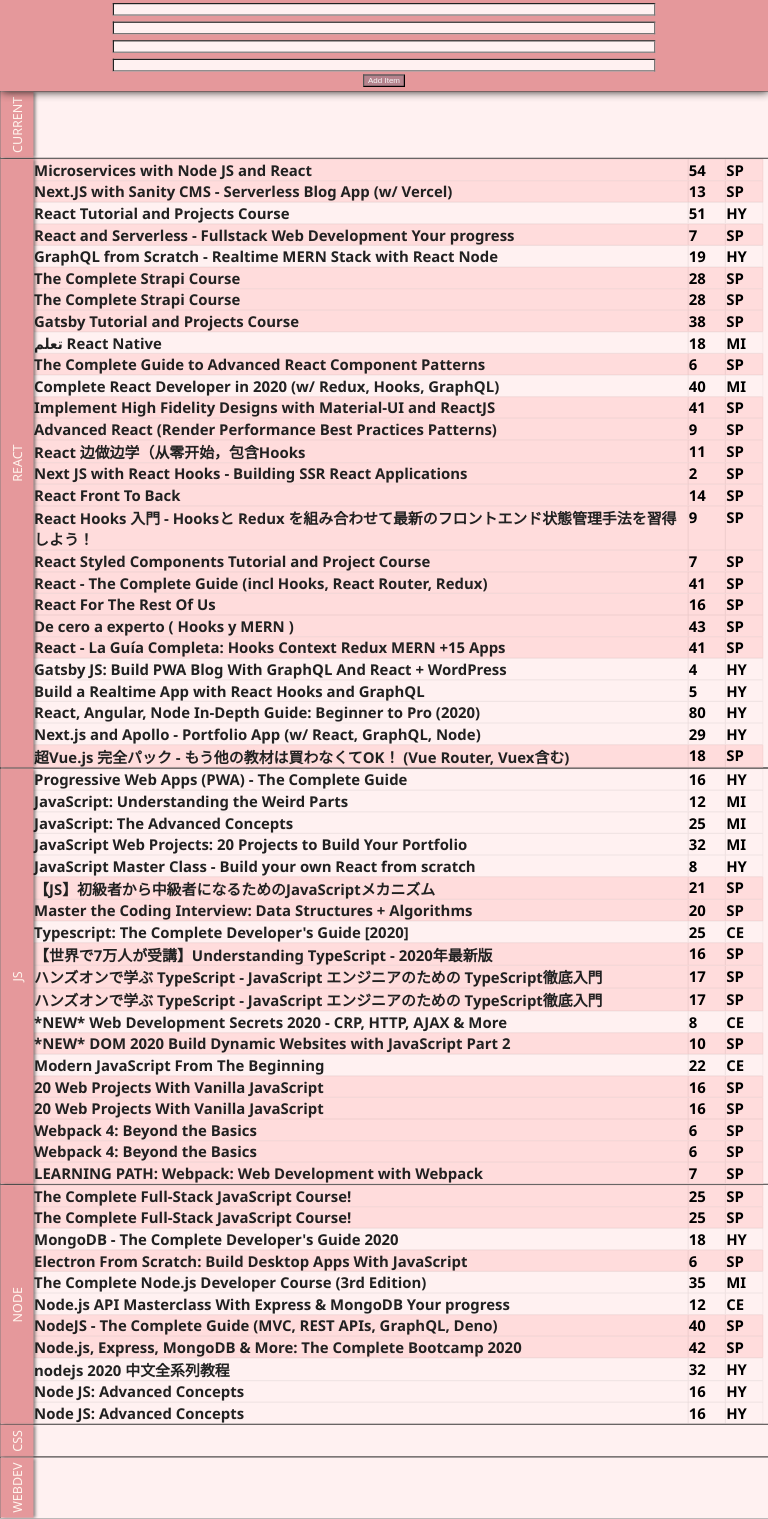
Repository: ClementLight/plan
Page: codicrs.html
These files come from the project's save history. The page is drawn as it stood at one moment and after the next save; the edit follows.
The browser window is 1280 px wide. The pictures show the whole page, at 60% of full size.

Above is the page before, as saved 2020-09-01 14:42:11.

### codicrs.html
<!DOCTYPE html>
<html lang="en">
  <head>
    <meta charset="UTF-8" />
    <meta name="viewport" content="width=device-width, initial-scale=1.0" />
    <title>Plan List</title>
    <link rel="stylesheet" href="style.css" />
  </head>
  <body>
    <section id="add-item" class="add-item">
      <input type="text" class="add-item__input--url" />
      <input type="text" class="add-item__input--name" />
      <input type="text" class="add-item__input--hours" />
      <input type="text" class="add-item__input--account" />
      <button class="add-item__button">Add Item</button>
    </section>
    <section class="top-container">
      <section class="maincontainers">
        <div class="lessontype">CURRENT</div>
        <div id="lessonsCurrent" class="lessons"></div>
      </section>
      <section class="maincontainers">
        <div id="react-section" class="lessontype">REACT</div>
        <div id="lessonsReact" class="lessons"></div>
      </section>
      <section class="maincontainers">
        <div class="lessontype">JS</div>
        <div id="lessonsJavascript" class="lessons"></div>
      </section>
      <section class="maincontainers">
        <div class="lessontype">NODE</div>
        <div id="lessonsNode" class="lessons"></div>
      </section>
      <section class="maincontainers">
        <div class="lessontype">CSS</div>
        <div id="lessonsCss" class="lessons"></div>
      </section>
      <section class="maincontainers">
        <div class="lessontype">WEBDEV</div>
        <div id="lessonsWebdev" class="lessons"></div>
      </section>
    </section>

    <!-- //TODO scripts -->
    <script src="jsondata.js"></script>
    <script>
      //   document.body.innerHTML += `
      //  <section class="top-container">
      //   <section idclass="maincontainers">
      //     <div class="lessontype">${item.subject}</div>
      //     <div id="lessons" class="lessons">

      //     </div>
      //   </section>
      // </section>

      database.map((item) => {
        document.getElementById(`lessons${item.subject}`).innerHTML += `
            <div class="lesson lesson-background-filter">
              <a class="lessonname" href=${item.url}>${item.title}</a>
              <span class="hours">${item.hours}</span>
              <span class="account">${item.account}</span>
            </div>
        `
      })

      // const hoursList = [...document.querySelectorAll(".hours")]
      let allClasses = Array.from(document.querySelectorAll(".hours"))
      allClassesValues = allClasses.map((node) => parseInt(node.textContent))
      let total = allClassesValues.reduce((a, b) => a + b, 0)

      const addItem = () => {
        itemUrl = document.querySelector(".add-item__input--url").value
        itemName = document.querySelector(".add-item__input--name").value
        itemHours = document.querySelector(".add-item__input--hours").value
        itemAccount = document.querySelector(".add-item__input--account").value

        newItemHtml = `
        <div class="lesson lesson-background-filter">
        <a class="lessonname" href="${itemUrl}">${itemName} </a>
        <span class="hours">${itemHours}</span>
        <span class="account">${itemAccount}</span>
        </div>
        `
        document.getElementById("react-section__lessons").insertAdjacentHTML("afterbegin", newItemHtml)

        console.log(newItemHtml)
      }

      document.querySelector(".add-item__button").addEventListener("click", addItem)
      console.log(navigator.userAgent)

      //TODO check browser

      let browserAndVersion = (navigator.sayswho = (function () {
        var ua = navigator.userAgent,
          tem,
          M = ua.match(/(opera|chrome|safari|firefox|msie|trident(?=\/))\/?\s*(\d+)/i) || []
        if (/trident/i.test(M[1])) {
          tem = /\brv[ :]+(\d+)/g.exec(ua) || []
          return "IE " + (tem[1] || "")
        }
        if (M[1] === "Chrome") {
          tem = ua.match(/\b(OPR|Edge?)\/(\d+)/)
          if (tem != null) return tem.slice(1).join(" ").replace("OPR", "Opera").replace("Edg ", "Edge ")
        }
        M = M[2] ? [M[1], M[2]] : [navigator.appName, navigator.appVersion, "-?"]
        if ((tem = ua.match(/version\/(\d+)/i)) != null) M.splice(1, 1, tem[1])
        return M.join(" ")
      })())

      //TODO xpath way of selecting stuff. I like it.
      function getElementsByXPath(xpath, parent) {
        let results = []
        let query = document.evaluate(xpath, parent || document, null, XPathResult.ORDERED_NODE_SNAPSHOT_TYPE, null)
        for (let i = 0, length = query.snapshotLength; i < length; ++i) {
          results.push(query.snapshotItem(i))
        }
        return results
      }

      if (browserAndVersion.includes("Chrome")) {
        let itemsXPathed = getElementsByXPath("//span[text()='SP']")
        itemsXPathed.forEach((node) => {
          node.parentElement.classList.remove("lesson-background-filter")
          node.parentElement.classList.add("browserColor")
        })
      } else if (browserAndVersion.includes("Firefox")) {
        let itemsXPathed = getElementsByXPath("//span[text()='HY']")
        itemsXPathed.forEach((node) => {
          node.parentElement.classList.remove("lesson-background-filter")
          node.parentElement.classList.add("browserColor")
        })
      } else if (browserAndVersion.includes("Edge")) {
        //here for a chage I got the parent element directly with xpath
        let itemsXPathed = getElementsByXPath("//div[./span[text()='MI']]")
        itemsXPathed.forEach((node) => {
          node.classList.remove("lesson-background-filter")
          node.classList.add("browserColor")
        })
      } else if (browserAndVersion.includes("Opera")) {
        //here for a chage I got the parent element directly with xpath
        let itemsXPathed = getElementsByXPath("//div[./span[text()='CE']]")
        itemsXPathed.forEach((node) => {
          node.classList.remove("lesson-background-filter")
          node.classList.add("browserColor")
        })
      }
    </script>
  </body>
</html>

### jsondata.js
let database = [
  //   {
  //     id: "1",
  //     subject: "node",
  //     tags: "Node, MongoDB",
  //     hours: 42,
  //     account: "SP",
  //     title: "Node.js, Express, MongoDB & More: The Complete Bootcamp 2020",
  //     url: "https://www.udemy.com/course/nodejs-express-mongodb-bootcamp/learn/lecture/15065290?start=135#overview",
  //   },
  //   {
  //     id: "2",
  //     subject: "react",
  //     tags: "React, Styled Components",
  //     hours: 7,
  //     account: "SP",
  //     title: "React Styled Components Tutorial and Project Course",
  //     url: "https://www.udemy.com/course/styled-components-tutorial-and-project-course/learn/lecture/15328098?start=15#overview",
  //   },
  //   {
  //     id: "3",
  //     subject: "react",
  //     tags: "Node",
  //     hours: 35,
  //     account: "MI",
  //     title: "The Complete Node.js Developer Course (3rd Edition)",
  //     url: "https://www.udemy.com/course/the-complete-nodejs-developer-course-2/learn/lecture/13729190?start=0#announcements",
  //   },
  //   {
  //     id: "4",
  //     subject: "react",
  //     tags: "React, Gatsby",
  //     hours: 38,
  //     account: "SP",
  //     title: "Gatsby Tutorial and Projects Course",
  //     url: "https://www.udemy.com/course/gatsby-tutorial-and-projects-course/learn/lecture/14891808#overview",
  //   },

  {
    id: "1",
    subject: "React",
    tags: "React, Microservices, Node",
    hours: 54,
    account: "SP",
    title: "Microservices with Node JS and React",
    url: "https://www.udemy.com/course/microservices-with-node-js-and-react/learn/lecture/19248060#overview",
  },
  {
    id: "2",
    subject: "React",
    tags: "React, Nextjs",
    hours: 13,
    account: "SP",
    title: "Next.JS with Sanity CMS - Serverless Blog App (w/ Vercel)",
    url: "https://www.udemy.com/course/nextjs-with-sanity-cms-serverless-blog-app-w-vercel/learn/lecture/20359909#overview",
  },
  {
    id: "3",
    subject: "React",
    tags: "React",
    hours: 51,
    account: "HY",
    title: "React Tutorial and Projects Course",
    url: "https://www.udemy.com/course/react-tutorial-and-projects-course/learn/lecture/12499178?start=0#overview",
  },
  {
    id: "4",
    subject: "React",
    tags: "React, Serverless",
    hours: 7,
    account: "SP",
    title: "React and Serverless - Fullstack Web Development Your progress",
    url: "https://www.udemy.com/course/react-and-serverless/learn/lecture/20008686?start=0#overview",
  },
  {
    id: "5",
    subject: "React",
    tags: "React, GraphQL, Node",
    hours: 19,
    account: "HY",
    title: "GraphQL from Scratch - Realtime MERN Stack with React Node",
    url: "https://www.udemy.com/course/graphql-react-node/learn/lecture/19711874?start=0#overview",
  },
  {
    id: "6",
    subject: "React",
    tags: "React, Strapi",
    hours: 28,
    account: "SP",
    title: "The Complete Strapi Course",
    url: "https://www.udemy.com/course/the-complete-strapi-course/learn/lecture/20153090#overvieww",
  },
  {
    id: "7",
    subject: "React",
    tags: "React, Strapi",
    hours: 28,
    account: "SP",
    title: "The Complete Strapi Course",
    url: "https://www.udemy.com/course/the-complete-strapi-course/learn/lecture/20153090#overvieww",
  },
  {
    id: "8",
    subject: "React",
    tags: "React, Gatsby, GraphQL",
    hours: 38,
    account: "SP",
    title: "Gatsby Tutorial and Projects Course",
    url: "https://www.udemy.com/course/gatsby-tutorial-and-projects-course/learn/lecture/14891808#overview",
  },
  {
    id: "9",
    subject: "React",
    tags: "React, React Native",
    hours: 18,
    account: "MI",
    title: "تعلم React Native",
    url: "https://www.udemy.com/course/react-native-m/learn/lecture/20058580?start=15#questions",
  },
  {
    id: "10",
    subject: "React",
    tags: "React, Optimization",
    hours: 6,
    account: "SP",
    title: "The Complete Guide to Advanced React Component Patterns",
    url: "https://www.udemy.com/course/the-complete-guide-to-advanced-react-patterns/learn/lecture/17200022#overview",
  },
  {
    id: "11",
    subject: "React",
    tags: "React",
    hours: 40,
    account: "MI",
    title: "Complete React Developer in 2020 (w/ Redux, Hooks, GraphQL)",
    url: "https://www.udemy.com/course/complete-react-developer-zero-to-mastery/learn/lecture/14870615?start=0#overview",
  },
  {
    id: "12",
    subject: "React",
    tags: "React, Material UI",
    hours: 41,
    account: "SP",
    title: "Implement High Fidelity Designs with Material-UI and ReactJS",
    url: "https://www.udemy.com/course/implement-high-fidelity-designs-with-material-ui-and-reactjs/learn/lecture/16234402?start=165#overview",
  },
  {
    id: "13",
    subject: "React",
    tags: "React, Optimization",
    hours: 9,
    account: "SP",
    title: "Advanced React (Render Performance Best Practices Patterns)",
    url: "https://www.udemy.com/course/advanced-react-render-performance-best-practices-patterns/learn/lecture/19653114#overview",
  },
  {
    id: "14",
    subject: "React",
    tags: "React",
    hours: 11,
    account: "SP",
    title: "React 边做边学（从零开始，包含Hooks",
    url: "https://www.udemy.com/course/react-lean-by-doing/learn/lecture/16800324?start=512#overview",
  },
  {
    id: "15",
    subject: "React",
    tags: "React, Nextjs",
    hours: 2,
    account: "SP",
    title: "Next JS with React Hooks - Building SSR React Applications",
    url: "https://www.udemy.com/course/next-js-react-hooks/learn/lecture/14095110?start=0#overview",
  },
  {
    id: "16",
    subject: "React",
    tags: "React, Node",
    hours: 14,
    account: "SP",
    title: "React Front To Back",
    url: "https://www.udemy.com/course/modern-react-front-to-back/learn/lecture/14969812?start=174#overview",
  },
  {
    id: "17",
    subject: "React",
    tags: "React",
    hours: 9,
    account: "SP",
    title: "React Hooks 入門 - Hooksと Redux を組み合わせて最新のフロントエンド状態管理手法を習得しよう！",
    url: "https://www.udemy.com/course/react-hooks-101/learn/lecture/15049578?start=0#overview",
  },
  {
    id: "18",
    subject: "React",
    tags: "React, Styled Components",
    hours: 7,
    account: "SP",
    title: "React Styled Components Tutorial and Project Course",
    url: "https://www.udemy.com/course/styled-components-tutorial-and-project-course/learn/lecture/15328098?start=15#overview",
  },
  {
    id: "19",
    subject: "React",
    tags: "React, Styled Components",
    hours: 41,
    account: "SP",
    title: "React - The Complete Guide (incl Hooks, React Router, Redux)",
    url: "https://www.udemy.com/course/react-the-complete-guide-incl-redux/learn/lecture/13556330#overview",
  },
  {
    id: "20",
    subject: "React",
    tags: "React",
    hours: 16,
    account: "SP",
    title: "React For The Rest Of Us",
    url: "https://www.udemy.com/course/react-for-the-rest-of-us/learn/lecture/18081709#overview",
  },
  {
    id: "21",
    subject: "React",
    tags: "React, Node, MERN",
    hours: 43,
    account: "SP",
    title: "De cero a experto ( Hooks y MERN )",
    url: "https://www.udemy.com/course/react-cero-experto/learn/lecture/19751074?start=0#announcements",
  },
  {
    id: "22",
    subject: "React",
    tags: "React, Node, MERN",
    hours: 41,
    account: "SP",
    title: "React - La Guía Completa: Hooks Context Redux MERN +15 Apps",
    url: "https://www.udemy.com/course/react-de-principiante-a-experto-creando-mas-de-10-aplicaciones/learn/lecture/17666784?start=0#announcements",
  },
  {
    id: "23",
    subject: "React",
    tags: "React, Gatsby, GraphQL, Wordpress, PWA",
    hours: 4,
    account: "HY",
    title: "Gatsby JS: Build PWA Blog With GraphQL And React + WordPress",
    url: "https://www.udemy.com/course/gatsby-js-build-pwa-blog-with-graphql-and-react-wordpress/learn/lecture/15158236?start=0#overview",
  },
  {
    id: "24",
    subject: "React",
    tags: "React, GraphQL, Wordpress",
    hours: 5,
    account: "HY",
    title: "Build a Realtime App with React Hooks and GraphQL",
    url: "https://www.udemy.com/course/build-a-realtime-app-with-react-hooks-and-graphql/learn/lecture/13747756#overview",
  },
  {
    id: "25",
    subject: "React",
    tags: "React, Angular, Node",
    hours: 80,
    account: "HY",
    title: "React, Angular, Node In-Depth Guide: Beginner to Pro (2020)",
    url: "https://www.udemy.com/course/react-angular-node-in-depth-guide-beginner-to-pro-2020/learn/lecture/18569676?start=0#overview",
  },
  {
    id: "26",
    subject: "React",
    tags: "React, Nextjs, Node, GraphQL, Apollo",
    hours: 29,
    account: "HY",
    title: "Next.js and Apollo - Portfolio App (w/ React, GraphQL, Node)",
    url: "https://www.udemy.com/course/nextjs-and-apollo-portfolio-app-w-react-graphql-node/learn/lecture/18742898?start=0#overview",
  },
  {
    id: "27",
    subject: "React",
    tags: "Vue",
    hours: 18,
    account: "SP",
    title: "超Vue.js 完全パック - もう他の教材は買わなくてOK！ (Vue Router, Vuex含む)",
    url: "https://www.udemy.com/course/vue-js-complete-guide/learn/lecture/15370946?#overview",
  },
  {
    id: "28",
    subject: "Javascript",
    tags: "Javascript, PWA",
    hours: 16,
    account: "HY",
    title: "Progressive Web Apps (PWA) - The Complete Guide",
    url: "https://www.udemy.com/course/progressive-web-app-pwa-the-complete-guide/learn/lecture/13914126#overview",
  },
  {
    id: "29",
    subject: "Javascript",
    tags: "Javascript",
    hours: 12,
    account: "MI",
    title: "JavaScript: Understanding the Weird Parts",
    url: "https://www.udemy.com/course/understand-javascript/learn/lecture/2237542?start=0#overview",
  },
  {
    id: "30",
    subject: "Javascript",
    tags: "Javascript",
    hours: 25,
    account: "MI",
    title: "JavaScript: The Advanced Concepts",
    url: "https://www.udemy.com/course/advanced-javascript-concepts/learn/lecture/13772854#overview",
  },
  {
    id: "31",
    subject: "Javascript",
    tags: "Javascript",
    hours: 32,
    account: "MI",
    title: "JavaScript Web Projects: 20 Projects to Build Your Portfolio",
    url: "https://www.udemy.com/course/javascript-web-projects-to-build-your-portfolio-resume/learn/lecture/19961158?start=0#overview",
  },
  {
    id: "32",
    subject: "Javascript",
    tags: "Javascript, React",
    hours: 8,
    account: "HY",
    title: "JavaScript Master Class - Build your own React from scratch",
    url: "https://www.udemy.com/course/javascript-deep-dive-code-your-own-react-library/learn/lecture/12102042?start=60#overview",
  },
  {
    id: "33",
    subject: "Javascript",
    tags: "Javascript",
    hours: 21,
    account: "SP",
    title: "【JS】初級者から中級者になるためのJavaScriptメカニズム",
    url: "https://www.udemy.com/course/javascript-essence/learn/lecture/19799294?start=0#overview",
  },
  {
    id: "34",
    subject: "Javascript",
    tags: "Javascript",
    hours: 20,
    account: "SP",
    title: "Master the Coding Interview: Data Structures + Algorithms",
    url: "https://www.udemy.com/course/master-the-coding-interview-data-structures-algorithms/learn/lecture/12133484?start=120#overview",
  },
  {
    id: "35",
    subject: "Javascript",
    tags: "Javascript, Typescript",
    hours: 25,
    account: "CE",
    title: "Typescript: The Complete Developer's Guide [2020]",
    url: "https://www.udemy.com/course/typescript-the-complete-developers-guide/learn/lecture/14504488?start=0#overview",
  },
  {
    id: "36",
    subject: "Javascript",
    tags: "Javascript, Typescript",
    hours: 16,
    account: "SP",
    title: "【世界で7万人が受講】Understanding TypeScript - 2020年最新版",
    url: "https://www.udemy.com/course/understanding-typescript-jp/learn/lecture/18184848?start=0#overview",
  },
  {
    id: "37",
    subject: "Javascript",
    tags: "Javascript, Typescript",
    hours: 17,
    account: "SP",
    title: "ハンズオンで学ぶ TypeScript - JavaScript エンジニアのための TypeScript徹底入門",
    url: "https://www.udemy.com/course/ts-for-js-developers/learn/lecture/21394194#overview",
  },
  {
    id: "38",
    subject: "Javascript",
    tags: "Javascript, Typescript",
    hours: 17,
    account: "SP",
    title: "ハンズオンで学ぶ TypeScript - JavaScript エンジニアのための TypeScript徹底入門",
    url: "https://www.udemy.com/course/ts-for-js-developers/learn/lecture/21394194#overview",
  },
  {
    id: "39",
    subject: "Javascript",
    tags: "Javascript, Optimization",
    hours: 8,
    account: "CE",
    title: "*NEW* Web Development Secrets 2020 - CRP, HTTP, AJAX & More",
    url: "https://www.udemy.com/course/new-web-development-secrets/learn/lecture/15578344?start=0#overview",
  },
  {
    id: "40",
    subject: "Javascript",
    tags: "Javascript",
    hours: 10,
    account: "SP",
    title: "*NEW* DOM 2020 Build Dynamic Websites with JavaScript Part 2",
    url: "https://www.udemy.com/course/build-dynamic-websites-dom-2/learn/lecture/17908964#overview",
  },
  {
    id: "41",
    subject: "Javascript",
    tags: "Javascript",
    hours: 22,
    account: "CE",
    title: "Modern JavaScript From The Beginning",
    url: "https://www.udemy.com/course/modern-javascript-from-the-beginning/learn/lecture/8762504?start=0#overview",
  },
  {
    id: "42",
    subject: "Javascript",
    tags: "Javascript",
    hours: 16,
    account: "SP",
    title: "20 Web Projects With Vanilla JavaScript",
    url: "https://www.udemy.com/course/web-projects-with-vanilla-javascript/learn/lecture/17842028?start=210#overview",
  },
  {
    id: "43",
    subject: "Javascript",
    tags: "Javascript",
    hours: 16,
    account: "SP",
    title: "20 Web Projects With Vanilla JavaScript",
    url: "https://www.udemy.com/course/web-projects-with-vanilla-javascript/learn/lecture/17842028?start=210#overview",
  },
  {
    id: "44",
    subject: "Javascript",
    tags: "Javascript, Wdbpack",
    hours: 6,
    account: "SP",
    title: "Webpack 4: Beyond the Basics",
    url: "https://www.udemy.com/course/webpack-beyond-the-basics/learn/lecture/8445416?start=285#overview",
  },
  {
    id: "45",
    subject: "Javascript",
    tags: "Javascript, Webpack",
    hours: 6,
    account: "SP",
    title: "Webpack 4: Beyond the Basics",
    url: "https://www.udemy.com/course/webpack-beyond-the-basics/learn/lecture/8445416?start=285#overview",
  },
  {
    id: "46",
    subject: "Javascript",
    tags: "Javascript, Webpack",
    hours: 7,
    account: "SP",
    title: "LEARNING PATH: Webpack: Web Development with Webpack",
    url: "https://www.udemy.com/course/learning-path-webpack-web-development-with-webpack/learn/lecture/9378330#overview",
  },
  {
    id: "47",
    subject: "Node",
    tags: "Node",
    hours: 25,
    account: "SP",
    title: "The Complete Full-Stack JavaScript Course!",
    url: "https://www.udemy.com/course/full-stack-javascript/learn/lecture/14022702?start=0#overview",
  },
  {
    id: "47",
    subject: "Node",
    tags: "Node",
    hours: 25,
    account: "SP",
    title: "The Complete Full-Stack JavaScript Course!",
    url: "https://www.udemy.com/course/full-stack-javascript/learn/lecture/14022702?start=0#overview",
  },
  {
    id: "48",
    subject: "Node",
    tags: "Node, MongoDB",
    hours: 18,
    account: "HY",
    title: "MongoDB - The Complete Developer's Guide 2020",
    url: "https://www.udemy.com/course/mongodb-the-complete-developers-guide/learn/lecture/13914002?start=0#overview",
  },
  {
    id: "49",
    subject: "Node",
    tags: "Node, Electron, React",
    hours: 6,
    account: "SP",
    title: "Electron From Scratch: Build Desktop Apps With JavaScript",
    url: "https://www.udemy.com/course/electron-from-scratch/learn/lecture/19823412#overview",
  },
  {
    id: "50",
    subject: "Node",
    tags: "Node",
    hours: 35,
    account: "MI",
    title: "The Complete Node.js Developer Course (3rd Edition)",
    url: "https://www.udemy.com/course/the-complete-nodejs-developer-course-2/learn/lecture/13729190?start=0#announcements",
  },
  {
    id: "51",
    subject: "Node",
    tags: "Node, API",
    hours: 12,
    account: "CE",
    title: "Node.js API Masterclass With Express & MongoDB Your progress",
    url: "https://www.udemy.com/course/nodejs-api-masterclass/learn/lecture/16581402?start=0#overview",
  },
  {
    id: "52",
    subject: "Node",
    tags: "Node",
    hours: 40,
    account: "SP",
    title: "NodeJS - The Complete Guide (MVC, REST APIs, GraphQL, Deno)",
    url: "https://www.udemy.com/course/nodejs-the-complete-guide/learn/lecture/11561886#overview",
  },
  {
    id: "53",
    subject: "Node",
    tags: "Node",
    hours: 42,
    account: "SP",
    title: "Node.js, Express, MongoDB & More: The Complete Bootcamp 2020",
    url: "https://www.udemy.com/course/nodejs-express-mongodb-bootcamp/learn/lecture/15065290?start=135#overview",
  },
  {
    id: "54",
    subject: "Node",
    tags: "Node",
    hours: 32,
    account: "HY",
    title: "nodejs 2020 中文全系列教程",
    url: "https://www.udemy.com/course/nodejs-2020/learn/lecture/19475016?start=315#overview",
  },
  {
    id: "55",
    subject: "Node",
    tags: "Node",
    hours: 16,
    account: "HY",
    title: "Node JS: Advanced Concepts",
    url: "https://www.udemy.com/course/advanced-node-for-developers/learn/lecture/9667538?start=0#overview",
  },
  {
    id: "56",
    subject: "Node",
    tags: "Node",
    hours: 16,
    account: "HY",
    title: "Node JS: Advanced Concepts",
    url: "https://www.udemy.com/course/learn-javascript-full-stack-from-scratch/learn/lecture/15373818?start=1#overview",
  },
]

Loaded but not shown: style.css (214 lines, source omitted)

After the next save:
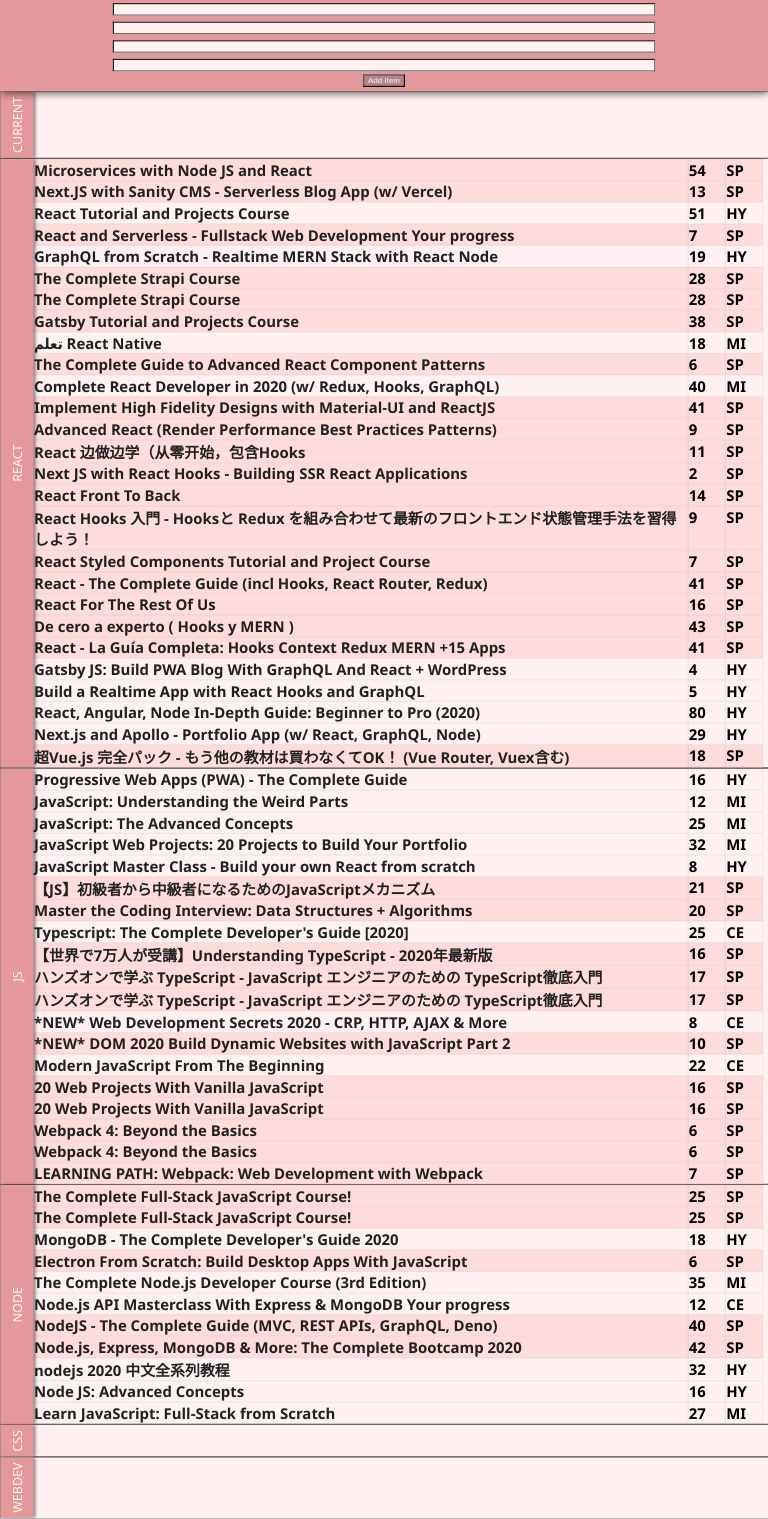
Saved 16 s later.
--- a/jsondata.js
+++ b/jsondata.js
@@ -543,10 +543,10 @@
   {
     id: "56",
     subject: "Node",
-    tags: "Node",
-    hours: 16,
-    account: "HY",
-    title: "Node JS: Advanced Concepts",
+    tags: "Node, React",
+    hours: 27,
+    account: "MI",
+    title: "Learn JavaScript: Full-Stack from Scratch",
     url: "https://www.udemy.com/course/learn-javascript-full-stack-from-scratch/learn/lecture/15373818?start=1#overview",
   },
 ]
